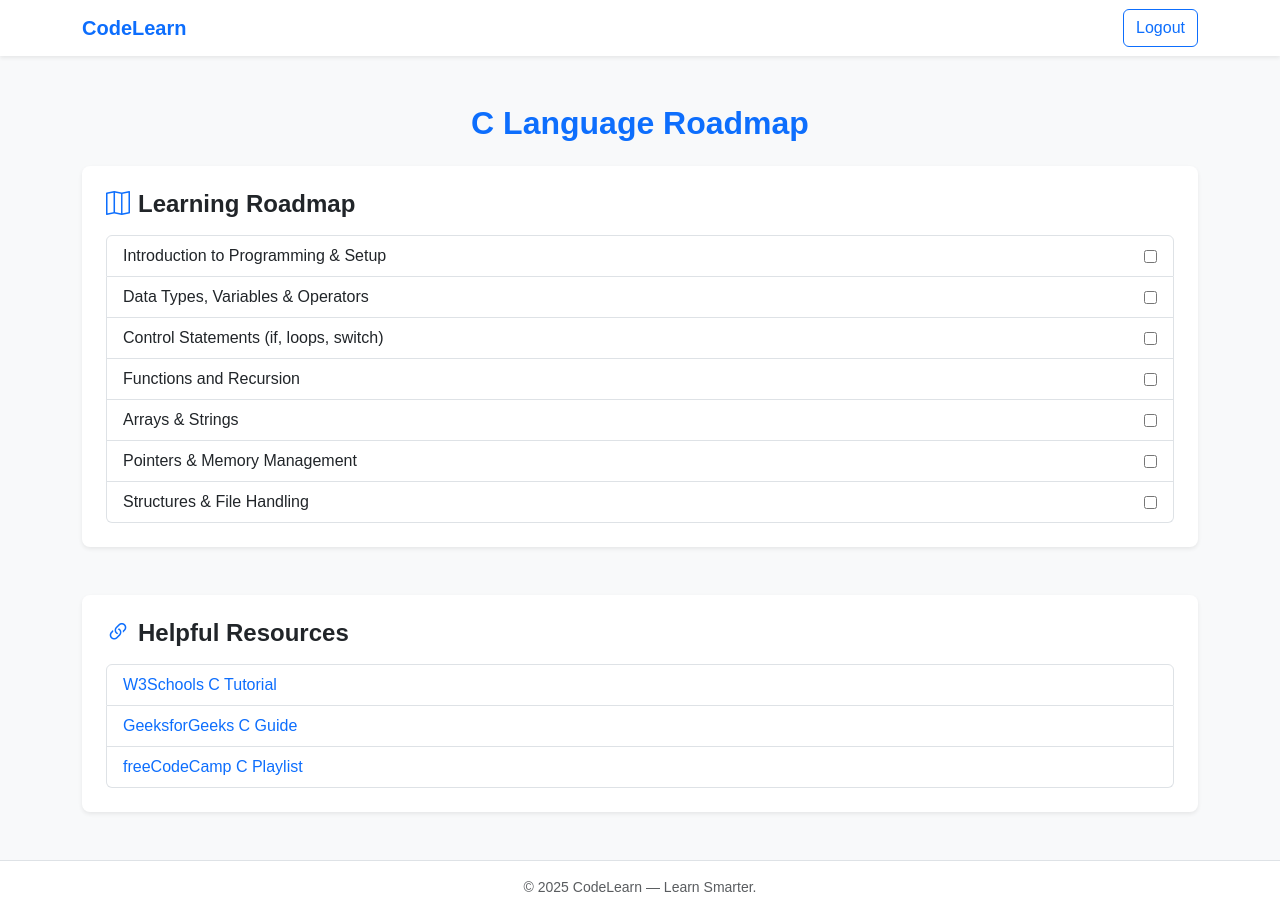
Repository: Aditisoni26/codeLearn
Page: course.html
An editor plug-in stored every save of this project. The page is shown before and after the next save, followed by the edit.
The browser window is 1280 px wide. The pictures show the whole page.

Above is the page before, as saved 2025-10-28 09:57:20.

### course.html
<!DOCTYPE html>
<html lang="en">

<head>
    <meta charset="UTF-8" />
    <meta name="viewport" content="width=device-width, initial-scale=1.0" />
    <title>Course Roadmap | CodeLearn</title>
    <link href="https://cdn.jsdelivr.net/npm/bootstrap@5.3.2/dist/css/bootstrap.min.css" rel="stylesheet" />
    <link href="https://cdn.jsdelivr.net/npm/bootstrap-icons@1.11.1/font/bootstrap-icons.css" rel="stylesheet" />
    <link rel="stylesheet" href="style.css" />
</head>

<body style="background-color: #f8f9fa">
    <!-- Navbar -->
    <nav class="navbar navbar-expand-lg bg-white shadow-sm">
        <div class="container">
            <a class="navbar-brand fw-bold text-primary" href="home.html">CodeLearn</a
        >
        <div class="ms-auto">
          <button class="btn btn-outline-primary" id="logoutBtn">Logout</button>
        </div>
      </div>
    </nav>

    <!-- Main Section -->
    <div class="container py-5">
      <h2 class="fw-bold text-center text-primary mb-4" id="courseTitle">
        Course Roadmap
      </h2>

      <!-- Roadmap -->
      <div class="roadmap bg-white p-4 rounded-3 shadow-sm mb-5">
        <h4 class="text-dark fw-semibold mb-3">
          <i class="bi bi-map text-primary me-2"></i>Learning Roadmap
        </h4>
        <ul class="list-group" id="roadmapList"></ul>
      </div>

      <!-- Resources -->
      <div class="resources bg-white p-4 rounded-3 shadow-sm">
        <h4 class="text-dark fw-semibold mb-3">
          <i class="bi bi-link-45deg text-primary me-2"></i>Helpful Resources
        </h4>
        <ul class="list-group" id="resourceList"></ul>
      </div>
    </div>

    <!-- Footer -->
    <footer class="text-center py-3 bg-white border-top text-muted small">
      © 2025 CodeLearn — Learn Smarter.
    </footer>

    <script>
      // Get course name from URL
      const params = new URLSearchParams(window.location.search);
      const course = params.get("course") || "C Language";
      const title = document.getElementById("courseTitle");
      title.textContent = course + " Roadmap";

      // Define course data
      const courseData = {
        "C Language": {
          roadmap: [
            "Introduction to Programming & Setup",
            "Data Types, Variables & Operators",
            "Control Statements (if, loops, switch)",
            "Functions and Recursion",
            "Arrays & Strings",
            "Pointers & Memory Management",
            "Structures & File Handling",
          ],
          resources: [
            {
              name: "W3Schools C Tutorial",
              link: "https://www.w3schools.com/c/",
            },
            {
              name: "GeeksforGeeks C Guide",
              link: "https://www.geeksforgeeks.org/c-programming-language/",
            },
            {
              name: "freeCodeCamp C Playlist",
              link: "https://www.youtube.com/watch?v=KJgsSFOSQv0",
            },
          ],
        },
        "C++": {
          roadmap: [
            "C++ Basics & Syntax",
            "Object-Oriented Programming (OOPs)",
            "STL (Vectors, Maps, Sets)",
            "Inheritance & Polymorphism",
            "Templates & Exception Handling",
            "File Handling & Projects",
          ],
          resources: [
            {
              name: "GeeksforGeeks C++ Guide",
              link: "https://www.geeksforgeeks.org/c-plus-plus/",
            },
            {
              name: "Programiz C++",
              link: "https://www.programiz.com/cpp-programming",
            },
            {
              name: "freeCodeCamp C++ Course",
              link: "https://www.youtube.com/watch?v=vLnPwxZdW4Y",
            },
          ],
        },
        Python: {
          roadmap: [
            "Python Basics & Syntax",
            "Data Structures (List, Dict, Tuple)",
            "Functions & Modules",
            "File Handling & Exceptions",
            "OOP in Python",
            "Libraries: NumPy, Pandas, Matplotlib",
            "Mini Projects",
          ],
          resources: [
            {
              name: "Python.org Docs",
              link: "https://docs.python.org/3/tutorial/",
            },
            {
              name: "freeCodeCamp Python Course",
              link: "https://www.youtube.com/watch?v=rfscVS0vtbw",
            },
            {
              name: "W3Schools Python",
              link: "https://www.w3schools.com/python/",
            },
          ],
        },
        Java: {
          roadmap: [
            "Java Basics & Setup",
            "Control Structures & Loops",
            "OOP Concepts",
            "Collections Framework",
            "Exception Handling",
            "Multithreading",
            "Spring Boot (Advanced)",
          ],
          resources: [
            {
              name: "JavaTPoint Java Tutorial",
              link: "https://www.javatpoint.com/java-tutorial",
            },
            {
              name: "freeCodeCamp Java Course",
              link: "https://www.youtube.com/watch?v=grEKMHGYyns",
            },
            {
              name: "Oracle Java Docs",
              link: "https://docs.oracle.com/javase/tutorial/",
            },
          ],
        },
      };

      // Render roadmap
      const roadmapList = document.getElementById("roadmapList");
      const resourceList = document.getElementById("resourceList");
      const data = courseData[course] || courseData["C Language"];

      // Load saved progress
      const completed = JSON.parse(
        localStorage.getItem(course + "_progress") || "[]"
      );

      data.roadmap.forEach((step, i) => {
        const li = document.createElement("li");
        li.className =
          "list-group-item d-flex justify-content-between align-items-center";
        li.innerHTML = `
        <span>${step}</span>
        <input type="checkbox" ${
          completed.includes(i) ? "checked" : ""
        } data-step="${i}">
      `;
        roadmapList.appendChild(li);
      });

      // Save progress
      roadmapList.addEventListener("change", (e) => {
        if (e.target.matches("input[type='checkbox']")) {
          const stepIndex = parseInt(e.target.dataset.step);
          if (e.target.checked) {
            completed.push(stepIndex);
          } else {
            const index = completed.indexOf(stepIndex);
            if (index > -1) completed.splice(index, 1);
          }
          localStorage.setItem(course + "_progress", JSON.stringify(completed));
        }
      });

      // Resources
      data.resources.forEach((res) => {
        const li = document.createElement("li");
        li.className = "list-group-item";
        // FIX this line in your course.html file:
li.innerHTML = `<a href="${res.link}" target="_blank" class="text-decoration-none text-primary">${res.name}</a>`; ; resourceList.appendChild(li); }); // Logout document.getElementById("logoutBtn").addEventListener("click", () => { localStorage.removeItem("user");
            // ✅ match the same key window.location.href = "index.html"; });
            </script>
</body>

</html>

### style.css
.roadmap li, .resources li {
  transition: all 0.2s ease-in-out;
}
.roadmap li:hover, .resources li:hover {
  background-color: #f0f8ff;
}
body {
  font-family: "Poppins", sans-serif;
}

.card {
  border: none;
  border-radius: 12px;
}

.btn-primary {
  background-color: #2563eb;
  border: none;
}
.btn-primary:hover {
  background-color: #1d4ed8;
}

After the next save:
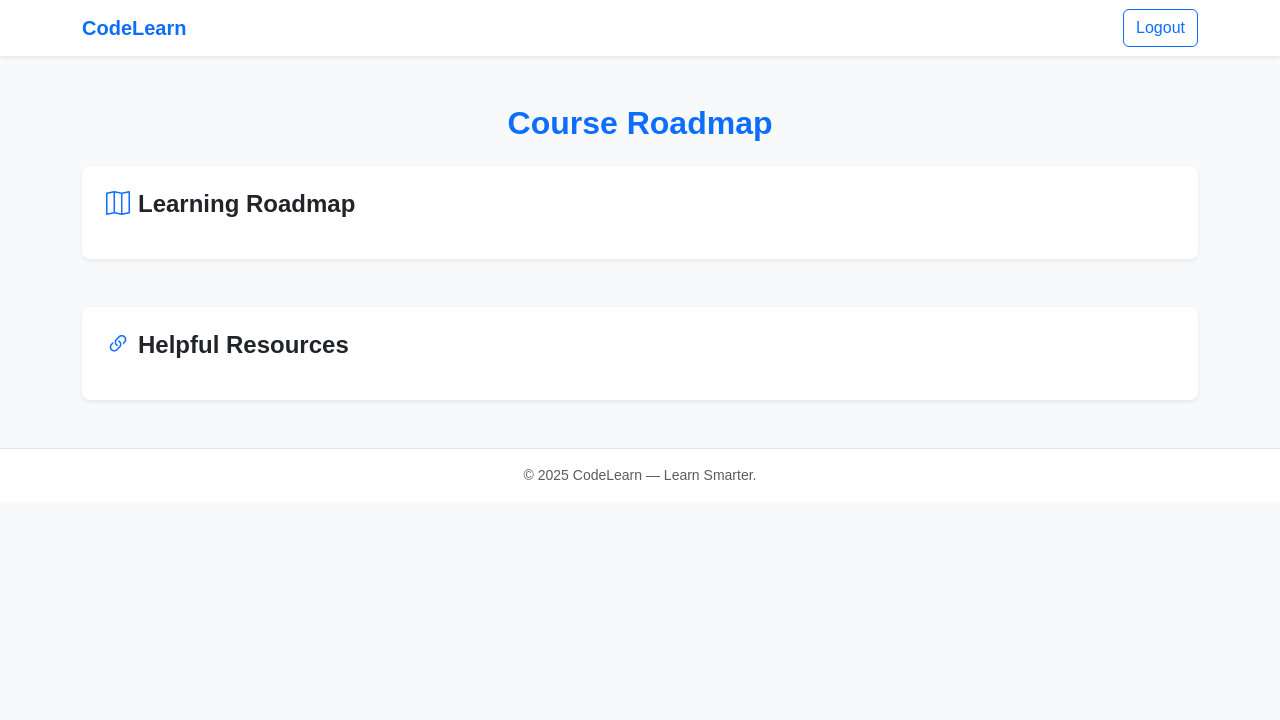
Console error: SyntaxError: Unexpected identifier 'document'
Saved 2 min 3 s later.
--- a/course.html
+++ b/course.html
@@ -202,7 +202,7 @@
         const li = document.createElement("li");
         li.className = "list-group-item";
         // FIX this line in your course.html file:
-li.innerHTML = `<a href="${res.link}" target="_blank" class="text-decoration-none text-primary">${res.name}</a>`; ; resourceList.appendChild(li); }); // Logout document.getElementById("logoutBtn").addEventListener("click", () => { localStorage.removeItem("user");
+li.innerHTML = `<a href="${res.link}" target="_blank" class="text-decoration-none text-primary">${res.name}</a>`; ; resourceList.appendChild(li); }); Logout document.getElementById("logoutBtn").addEventListener("click", () => { localStorage.removeItem("user");
             // ✅ match the same key window.location.href = "index.html"; });
             </script>
 </body>

After the 3 saves that followed:
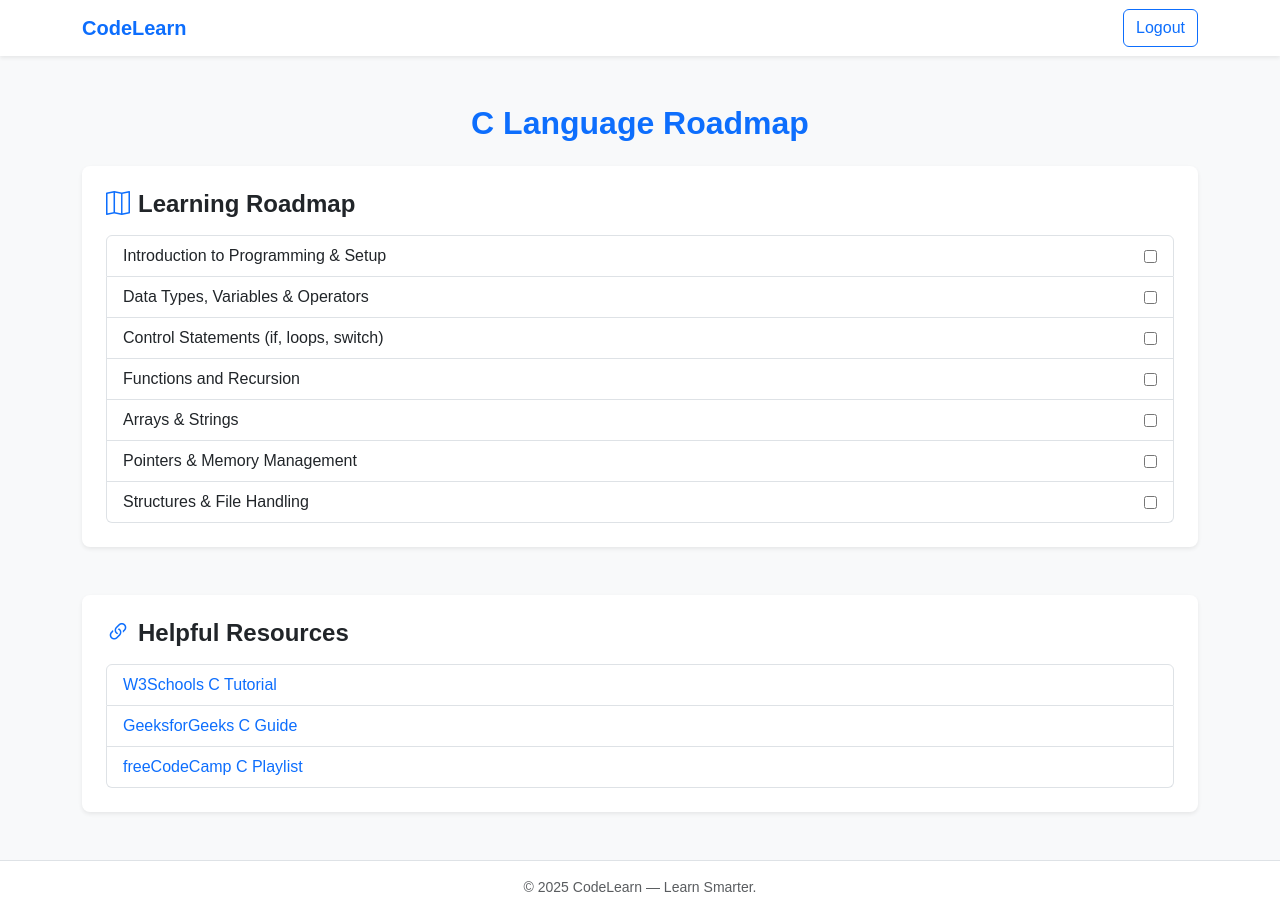
The error is gone.
The 3 saves are shown as one change because 2 left the picture as it was.
The last was saved 18 s later.
--- a/course.html
+++ b/course.html
@@ -202,7 +202,7 @@
         const li = document.createElement("li");
         li.className = "list-group-item";
         // FIX this line in your course.html file:
-li.innerHTML = `<a href="${res.link}" target="_blank" class="text-decoration-none text-primary">${res.name}</a>`; ; resourceList.appendChild(li); }); Logout document.getElementById("logoutBtn").addEventListener("click", () => { localStorage.removeItem("user");
+li.innerHTML = `<a href="${res.link}" target="_blank" class="text-decoration-none text-primary">${res.name}</a>`; ; resourceList.appendChild(li); }); document.getElementById("logoutBtn").addEventListener("click", () => { localStorage.removeItem("user")});
             // ✅ match the same key window.location.href = "index.html"; });
             </script>
 </body>
